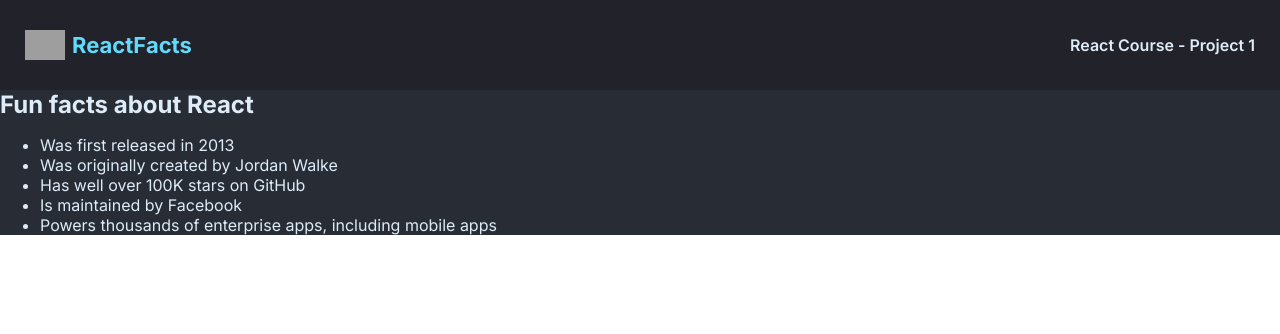
Repository: evemcd/scrimba-react2
Page: / (app in vite-react/)
An editor plug-in stored every save of this project. The page is shown before and after the next save, followed by the edit.
The browser window is 1280 px wide. The pictures show the whole page.
Pictures or frames that could not be fetched are drawn as grey boxes. The project was rebuilt for these pictures with package versions that can differ from the ones it lists, and the page was loaded fresh each time. Also part of the build but not shown: vite-react/vite.config.js.

Above is the page before, as saved 2023-08-04 12:03:08.

### vite-react/index.html
<!doctype html>
<html lang="en">

<head>
  <meta charset="UTF-8" />
  <meta name="viewport" content="width=device-width, initial-scale=1.0" />
  <link rel="preconnect" href="https://fonts.googleapis.com">
  <link rel="preconnect" href="https://fonts.gstatic.com" crossorigin>
  <link
    href="https://fonts.googleapis.com/css2?family=Inter:wght@400;600;700&family=Roboto+Condensed:wght@300;400;700&family=Roboto:ital,wght@0,400;0,700;0,900;1,300&display=swap"
    rel="stylesheet">
  <link rel="stylesheet" href="./src/index.css">
  <title>ReactFacts</title>
</head>

<body>
  <div id="root"></div>
  <script type="module" src="/src/index.jsx"></script>
</body>

</html>

### vite-react/src/index.css
* {
  box-sizing: border-box;
}

body {
  margin: 0;
  font-family: Inter, sans-serif;
}

nav {
  display: flex;
  align-items: center;
  background-color: #21222A;
  height: 90px;
  padding: 30px 25px;
}

.nav--icon {
  height: 30px;
  margin-right: 7px;
}

.nav--logo_text {
  color: #61DAFB;
  margin: 0;
  margin-right: auto;
  font-weight: 700;
  font-size: 22px;
}

.nav--title {
  margin: 0;
  color: #DEEBF8;
  font-weight: 600;
}

.main {
  background-color: #282D35;
  color: #DEEBF8;
}

.main>h2 {
  margin: 0;
}

### vite-react/src/index.jsx
import React from 'react'
import ReactDOM from 'react-dom'
import App from './App.jsx'



ReactDOM.render(
  <App />,
  document.getElementById('root'))

### vite-react/src/App.jsx
import React from 'react'
import Navbar from './components/Navbar.jsx'
import Main from './components/Main.jsx'

export default function App() {
    return (
        <div className="container">
            <Navbar />
            <Main />
        </div>
    )
}

### vite-react/src/components/Navbar.jsx
import '../index.css'

export default function Navbar() {
    return (
        <nav>
            <img src="../../public/img/react-logo.png" className='nav--icon' />
            <h3 className='nav--logo_text'>ReactFacts</h3>
            <h4 className='nav--title'>React Course - Project 1</h4>
        </nav>
    )
}

### vite-react/src/components/Main.jsx
export default function Main() {
    return (
        <main className="main">
            <h2>Fun facts about React</h2>
            <ul>
                <li>Was first released in 2013</li>
                <li>Was originally created by Jordan Walke</li>
                <li>Has well over 100K stars on GitHub</li>
                <li>Is maintained by Facebook</li>
                <li>Powers thousands of enterprise apps, including mobile apps</li>
            </ul>
        </main>
    )
}

After the next save:
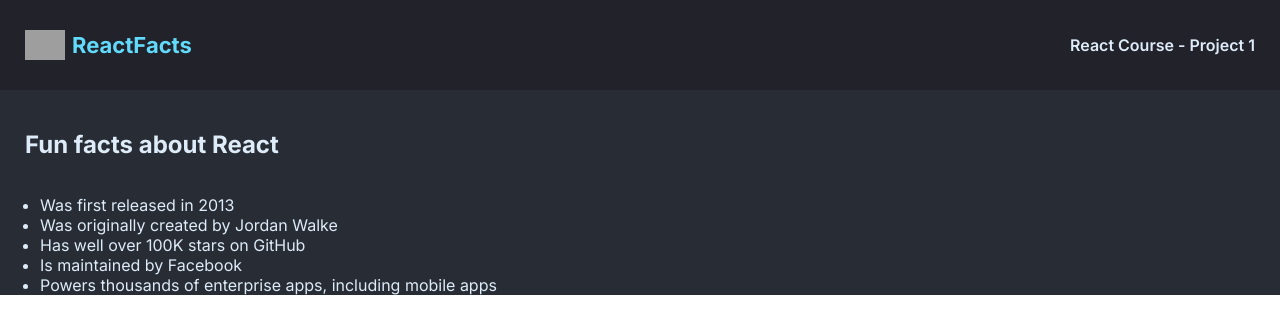
Saved 64 s later.
--- a/vite-react/src/index.css
+++ b/vite-react/src/index.css
@@ -41,4 +41,5 @@ nav {
 
 .main>h2 {
   margin: 0;
+  padding: 40px 25px 20px 25px;
 }
